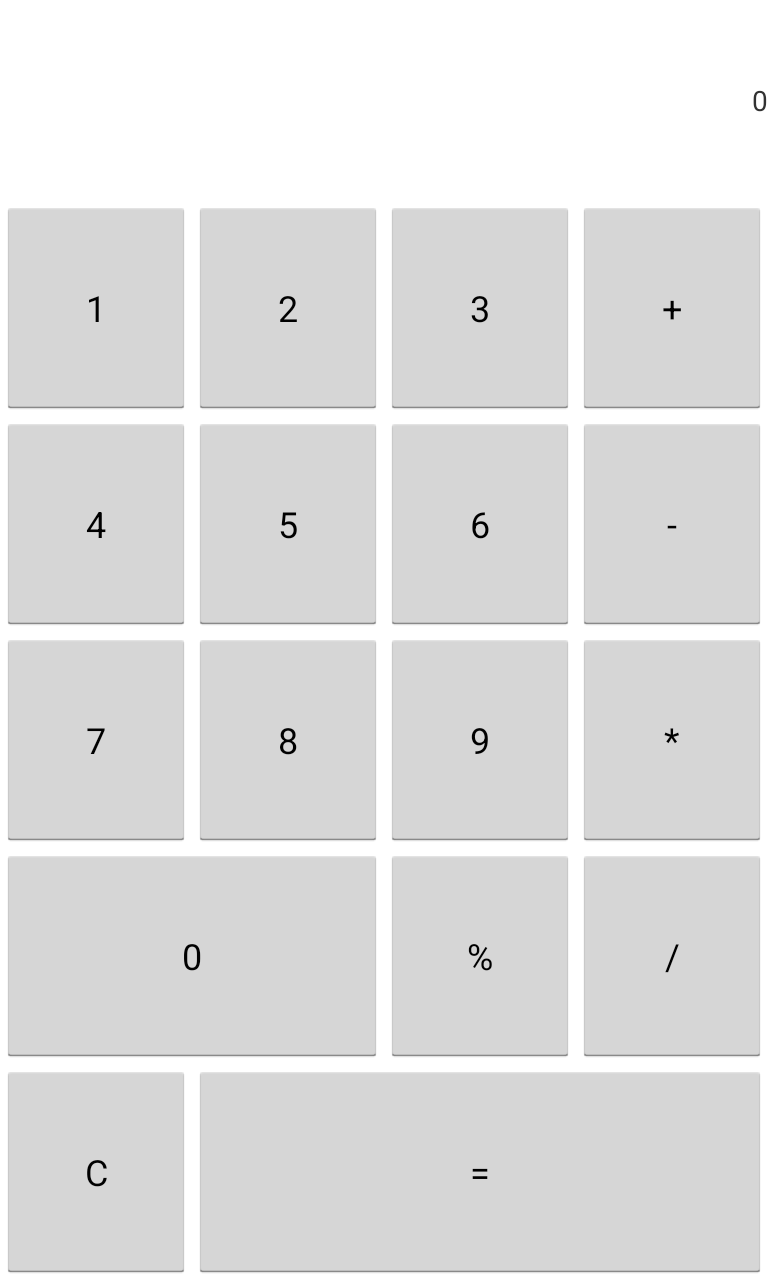
Repository: DoTrungKien96/Android
Layout: Baitap Android/thuchanh1/res/layout/activity_main.xml
An editor plug-in stored every save of this project. The layout is shown before and after the next save, followed by the edit.
It is drawn on a 768 x 1280 px phone screen (xhdpi) without system bars, with theme AppTheme; the app's code is not run.

Above is the layout before, as saved 2017-05-08 13:58:37.

After the next save:
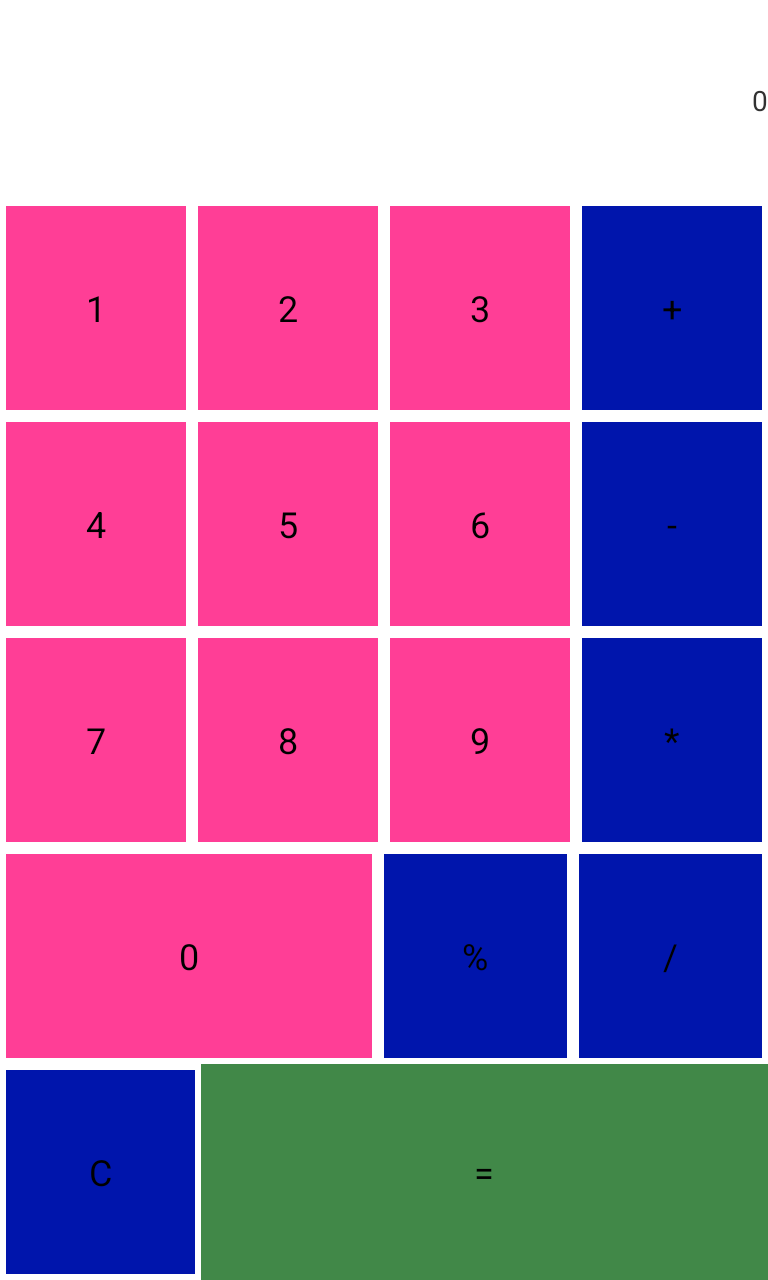
Saved 36 s later.
--- a/Baitap Android/thuchanh1/res/layout/activity_main.xml
+++ b/Baitap Android/thuchanh1/res/layout/activity_main.xml
@@ -31,6 +31,8 @@
             android:layout_width="0dp"
             android:layout_height="match_parent"
             android:layout_weight="1"
+            android:background="#FF3E96"
+            android:layout_margin="3"
             android:text="1" />
 
         <Button
@@ -38,6 +40,8 @@
             android:layout_width="0dp"
             android:layout_height="match_parent"
             android:layout_weight="1"
+            android:background="#FF3E96"
+            android:layout_margin="3"
             android:text="2" />
 
         <Button
@@ -45,6 +49,8 @@
             android:layout_width="0dp"
             android:layout_height="match_parent"
             android:layout_weight="1"
+            android:background="#FF3E96"
+            android:layout_margin="3"
             android:text="3" />
 
         <Button
@@ -52,6 +58,8 @@
             android:layout_width="0dp"
             android:layout_height="match_parent"
             android:layout_weight="1"
+             android:background="#0015AC"
+              android:layout_margin="3"
             android:text="+" />
 
     </LinearLayout>
@@ -66,6 +74,8 @@
             android:layout_width="0dp"
             android:layout_height="match_parent"
             android:layout_weight="1"
+            android:layout_margin="3"
+            android:background="#FF3E96"
             android:text="4" />
 
         <Button
@@ -73,6 +83,8 @@
             android:layout_width="0dp"
             android:layout_height="match_parent"
             android:layout_weight="1"
+            android:background="#FF3E96"
+            android:layout_margin="3"
             android:text="5" />
 
         <Button
@@ -80,6 +92,8 @@
             android:layout_width="0dp"
             android:layout_height="match_parent"
             android:layout_weight="1"
+            android:background="#FF3E96"
+            android:layout_margin="3"
             android:text="6" />
 
         <Button
@@ -87,6 +101,8 @@
             android:layout_width="0dp"
             android:layout_height="match_parent"
             android:layout_weight="1"
+             android:background="#0015AC"
+              android:layout_margin="3"
             android:text="-" />
 
     </LinearLayout>
@@ -101,6 +117,8 @@
             android:layout_width="0dp"
             android:layout_height="match_parent"
             android:layout_weight="1"
+            android:background="#FF3E96"
+            android:layout_margin="3"
             android:text="7" />
 
         <Button
@@ -108,6 +126,8 @@
             android:layout_width="0dp"
             android:layout_height="match_parent"
             android:layout_weight="1"
+            android:background="#FF3E96"
+            android:layout_margin="3"
             android:text="8" />
 
         <Button
@@ -115,6 +135,8 @@
             android:layout_width="0dp"
             android:layout_height="match_parent"
             android:layout_weight="1"
+            android:background="#FF3E96"
+            android:layout_margin="3"
             android:text="9" />
 
         <Button
@@ -122,6 +144,8 @@
             android:layout_width="0dp"
             android:layout_height="match_parent"
             android:layout_weight="1"
+             android:background="#0015AC"
+              android:layout_margin="3"
             android:text="*" />
 
     </LinearLayout>
@@ -136,6 +160,8 @@
             android:layout_width="0dp"
             android:layout_height="match_parent"
             android:layout_weight="2"
+            android:background="#FF3E96"
+            android:layout_margin="3"
             android:text="0" />
 
         <Button
@@ -143,6 +169,8 @@
             android:layout_width="0dp"
             android:layout_height="match_parent"
             android:layout_weight="1"
+             android:background="#0015AC"
+              android:layout_margin="3"
             android:text="%" />
 
         <Button
@@ -150,6 +178,8 @@
             android:layout_width="0dp"
             android:layout_height="match_parent"
             android:layout_weight="1"
+             android:background="#0015AC"
+              android:layout_margin="3"
             android:text="/" />
 
     </LinearLayout>
@@ -164,6 +194,8 @@
             android:layout_width="0dp"
             android:layout_height="match_parent"
             android:layout_weight="1"
+             android:background="#0015AC"
+              android:layout_margin="3"
             android:text="C" />
 
         <Button
@@ -171,6 +203,7 @@
             android:layout_width="0dp"
             android:layout_height="match_parent"
             android:layout_weight="3"
+            android:background="#418848"
             android:text="=" />
 
     </LinearLayout>
